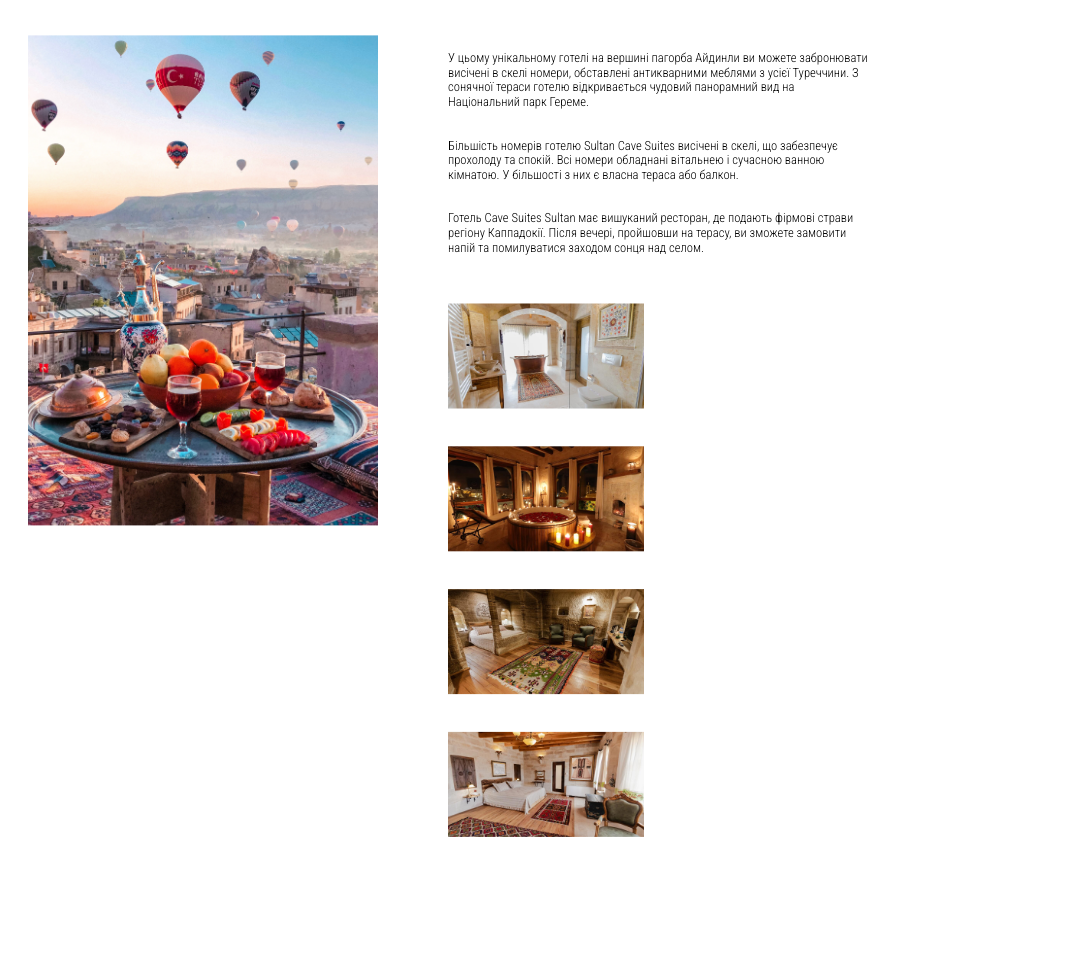
Repository: KYUUBI-K/cappadocia
Page: index.html
An editor plug-in stored every save of this project. The page is shown before and after the next save, followed by the edit.
The browser window is 1280 px wide. The page is 1540 px wide, so the pictures cover 1540 px, including what lies to the right of the window. The pictures show the part of the page from y = 3481 to 5081 px (the page is 4881 px tall before and 5081 px after), at 70% of full size.

Above is the page before, as saved 2025-08-21 18:43:36.

After the next save:
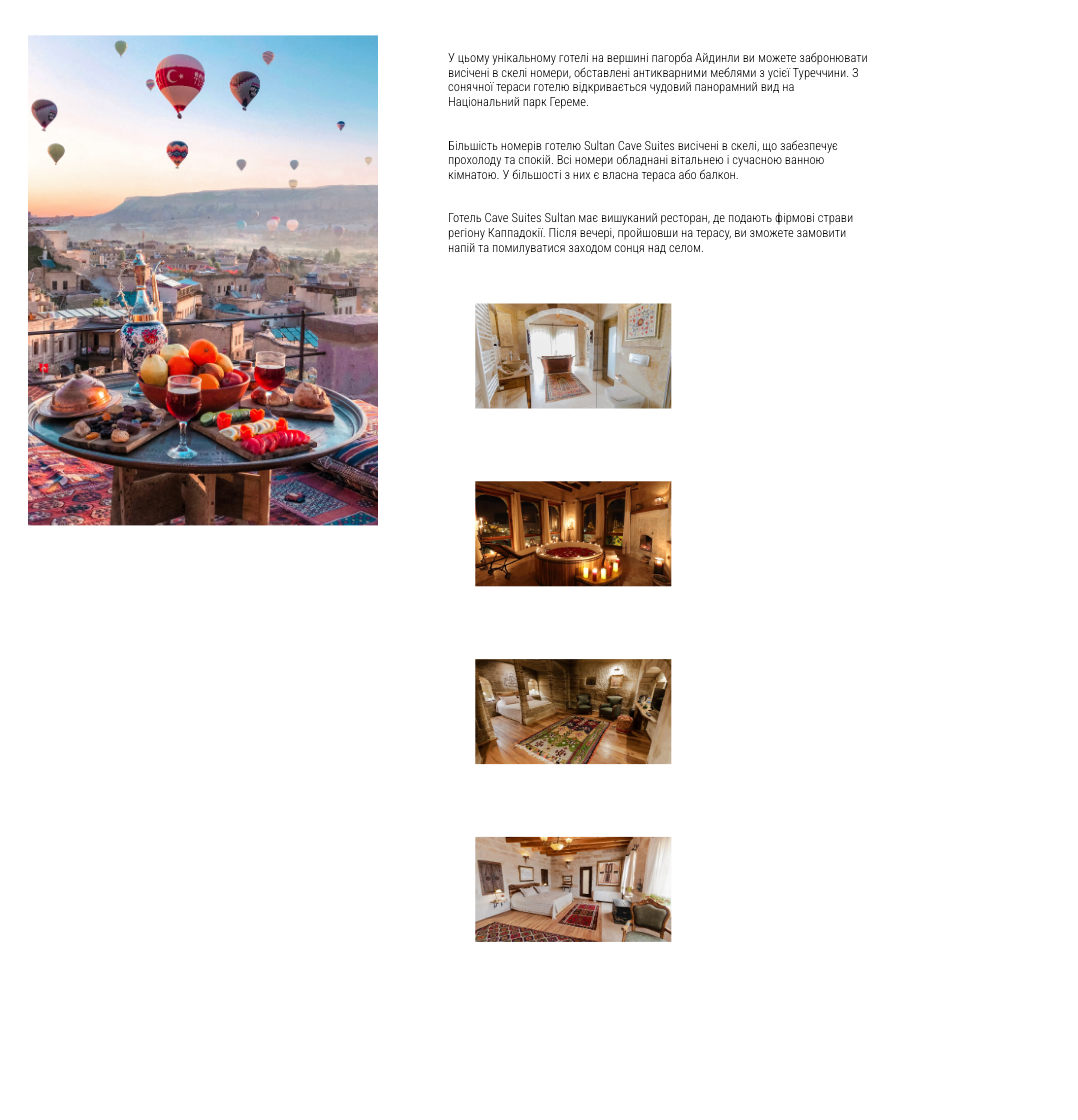
Saved 14 s later.
--- a/styles.css
+++ b/styles.css
@@ -268,7 +268,7 @@ body {
   height: 150px;
   object-fit: cover;
   object-position: center;
-  margin: 50px 39px 0 0;
+  margin: 50px 39px;
 }
 @media (max-width: 1040px) {
   .main-title-text {
